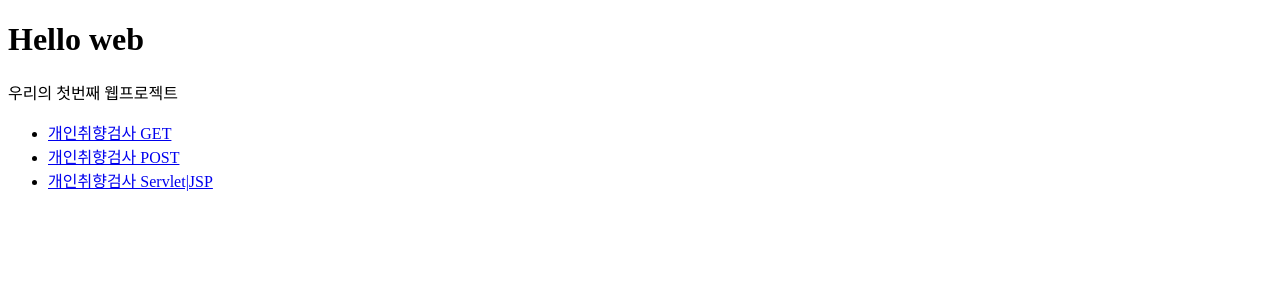
Repository: Sookyeong0505/web_server_workspace
Page: hello-web/src/main/webapp/index.html
These files come from the project's save history. The page is drawn as it stood at one moment and after the next save; the edit follows.
The browser window is 1280 px wide. The pictures show the whole page.

Above is the page before, as saved 2023-06-20 02:59:35.

After the next save:
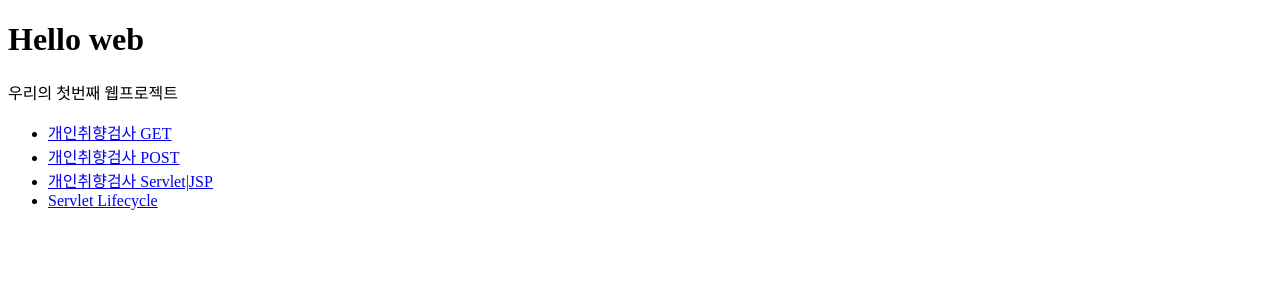
Saved 21 min 44 s later.
--- a/hello-web/src/main/webapp/index.html
+++ b/hello-web/src/main/webapp/index.html
@@ -12,6 +12,7 @@
 		<li><a href="/web/servlet/testPerson1.html">개인취향검사 GET</a></li>
 		<li><a href="/web/servlet/testPerson2.html">개인취향검사 POST</a></li>
 		<li><a href="/web/servlet/testPerson3.html">개인취향검사 Servlet|JSP</a></li>
+		<li><a href="/web/servletLifeCycle.do">Servlet Lifecycle</a></li>
 	</ul>
 </body>
 </html>
